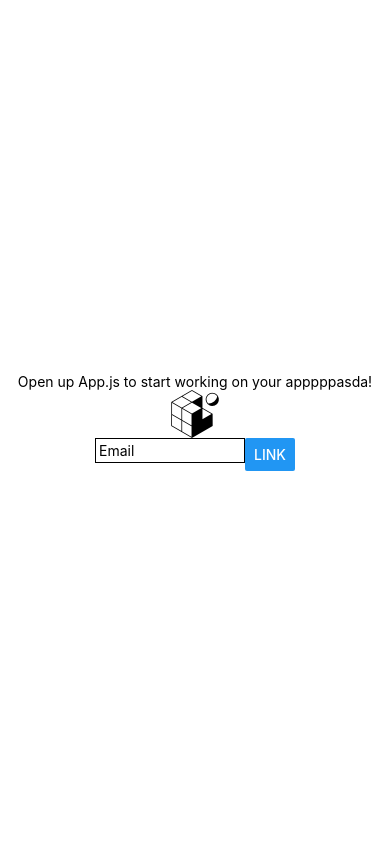
Repository: ntu34543/ReactNativeAndroid
Screen: /
These files come from the project's save history. The screen is drawn as it stood at one moment and after a run of saves; the edit follows.
The app was drawn by React Native's web renderer in a window 390 px wide. The project was rebuilt for these pictures with package versions that can differ from the ones it lists, and the page was loaded fresh each time.

Above is the screen before, as saved 2022-09-23 16:36:35.

### App.js
import { StatusBar } from "expo-status-bar";
import { StyleSheet, Text, View, Button, Image, TextInput } from "react-native";

export default function App() {
  return (
    <View style={styles.container}>
      <Text>Open up App.js to start working on your apppppasda!</Text>
      <Image source={require("./assets/favicon.png")} />
      <View style={styles.body}>
        <View>
          <TextInput style={styles.TextInput} placeholder="Email" />
        </View>
        <View style={styles.btn}>
          <Button title="Link" />
        </View>
      </View>
      <StatusBar style="auto" />
    </View>
  );
}

const styles = StyleSheet.create({
  container: {
    flex: 1,
    backgroundColor: "#fff",
    alignItems: "center",
    justifyContent: "center",
  },
  body: {
    display: "flex",
    flexDirection: "row",
  },
  TextInput: {
    padding: 3,
    borderWidth: 1,
    borderColor: "black",
    width: 150,
  },
  btn: {
    width: 50,
  },
});

After the next 4 saves:
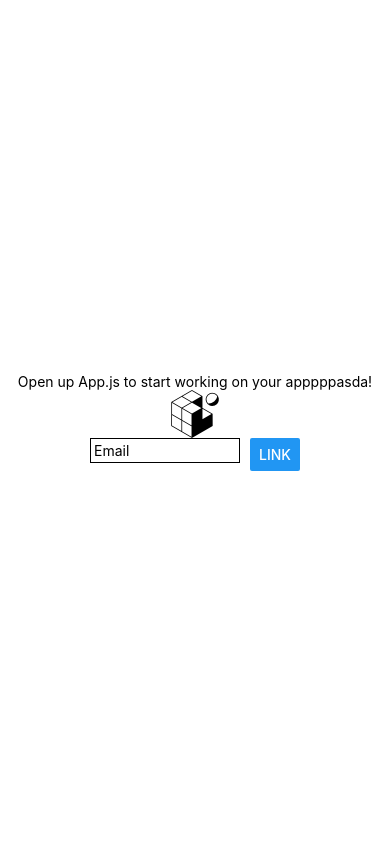
The 4 saves are shown as one change because they came seconds apart.
The last was saved 14 s later.
--- a/App.js
+++ b/App.js
@@ -29,6 +29,7 @@
   body: {
     display: "flex",
     flexDirection: "row",
+    gap: 10,
   },
   TextInput: {
     padding: 3,

After the 2 saves that followed:
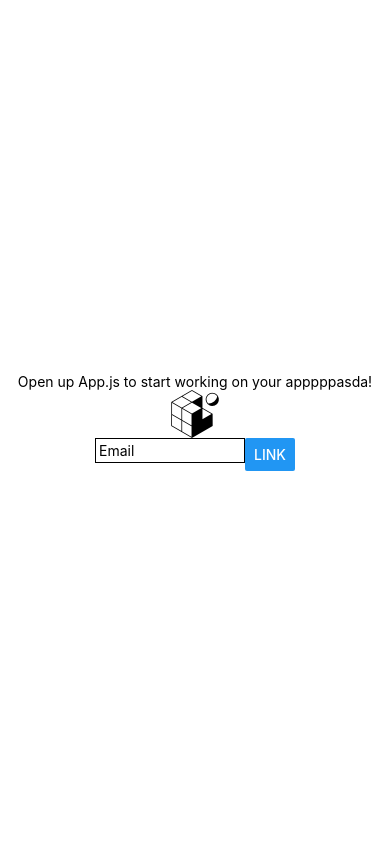
The 2 saves are shown as one change because 1 did not build or start.
The last was saved 7 min 13 s later.
--- a/App.js
+++ b/App.js
@@ -29,7 +29,6 @@
   body: {
     display: "flex",
     flexDirection: "row",
-    gap: 10,
   },
   TextInput: {
     padding: 3,
